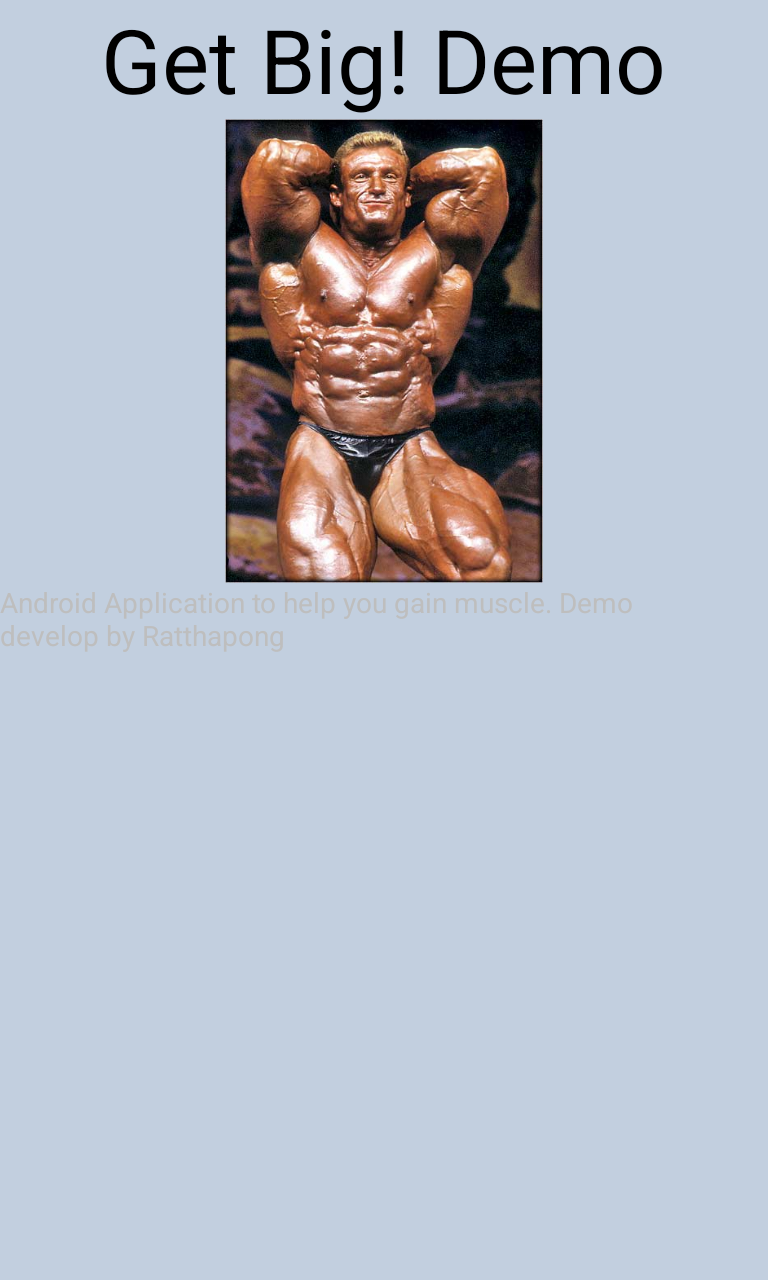
Repository: parinya1968/My-project
Layout: DroidWork/getBig/res/layout/main.xml
The author's editor kept a copy of each file at every save. The layout is drawn from the files as they stood at one save, then again after the next save.
It is drawn on a 768 x 1280 px phone screen (xhdpi) without system bars, with theme android:Theme.Holo; the app's code is not run.

Above is the layout before, as saved 2012-06-18 12:47:22.

After the next save:
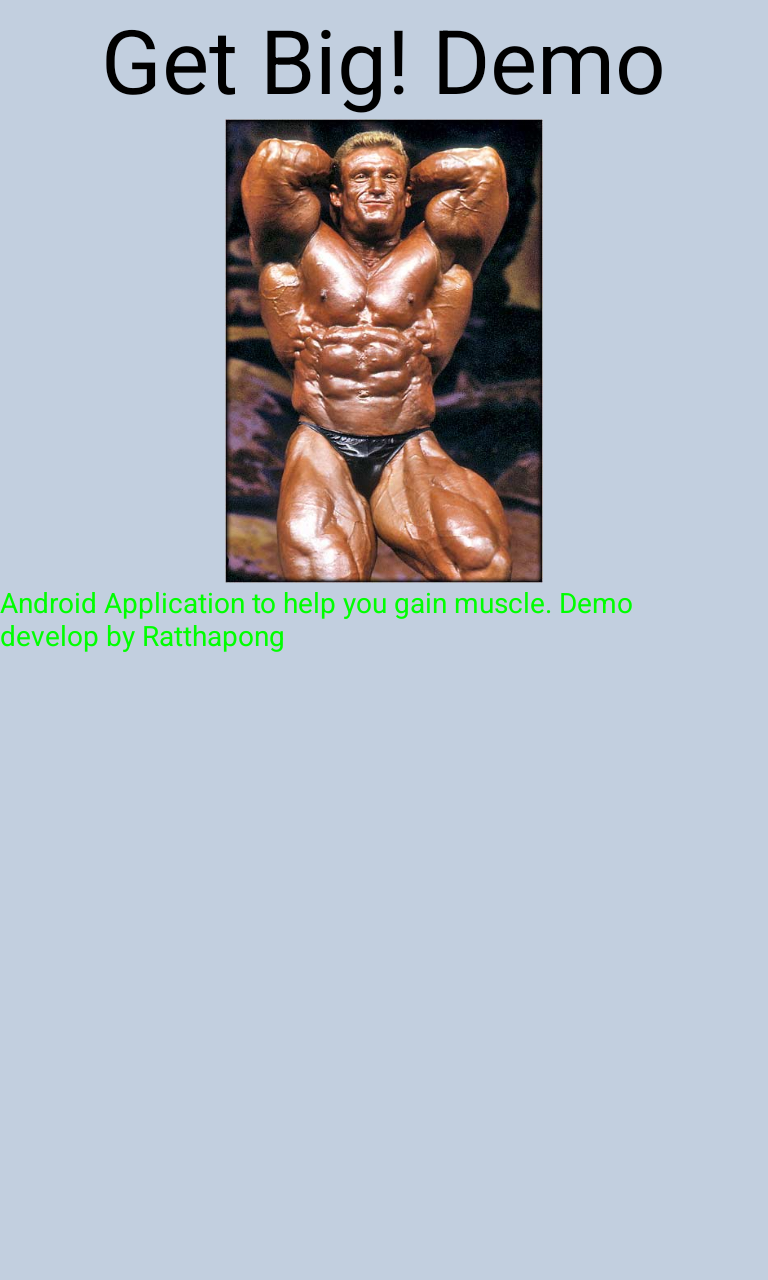
Saved 30 s later.
--- a/DroidWork/getBig/res/layout/main.xml
+++ b/DroidWork/getBig/res/layout/main.xml
@@ -35,6 +35,6 @@
         android:id="@+id/textView1"
         android:layout_width="345dp"
         android:layout_height="wrap_content"
-        android:text="Android Application to help you gain muscle. Demo develop by Ratthapong" />
-		android:textColor="#00FF00"
+        android:text="Android Application to help you gain muscle. Demo develop by Ratthapong"
+		android:textColor="#00FF00"/>
 </LinearLayout>
